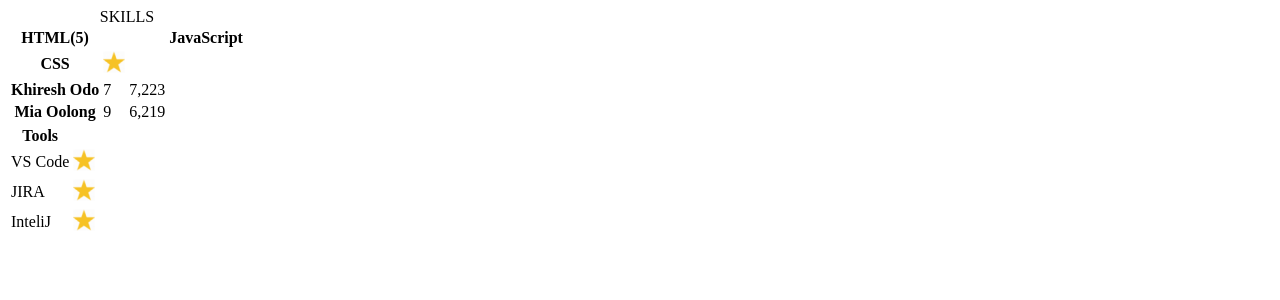
Repository: ew-code/Web-Development
Page: HTML - Personal Site/abilities.html
These files come from the project's save history. The page is drawn as it stood at one moment and after the next save; the edit follows.
The browser window is 1280 px wide. The pictures show the whole page.

Above is the page before, as saved 2021-01-03 18:20:56.

After the next save:
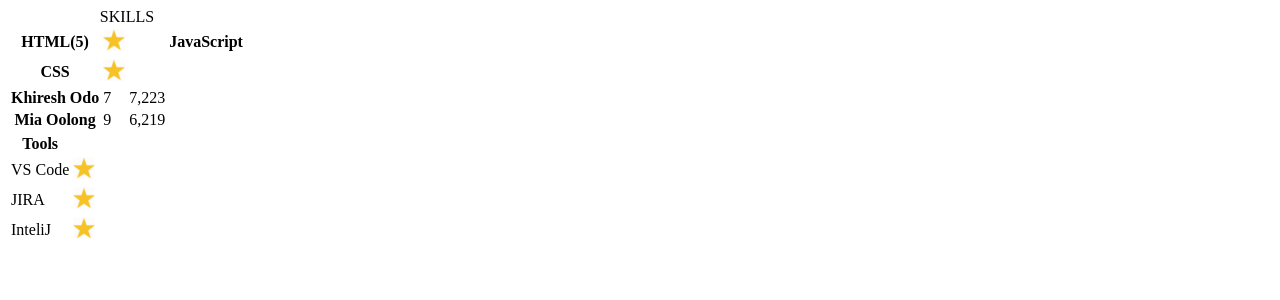
Saved 43 s later.
--- a/HTML - Personal Site/abilities.html
+++ b/HTML - Personal Site/abilities.html
@@ -33,7 +33,7 @@
     <caption>SKILLS</caption>
     <tr>
         <th scope="col">HTML(5)</th>
-        <th scope="col"></th>
+       <td><img src="images\star.png" alt="yellow star"></td>
         <th scope="col"></th>
         <th scope="col">JavaScript</th>
     </tr>
